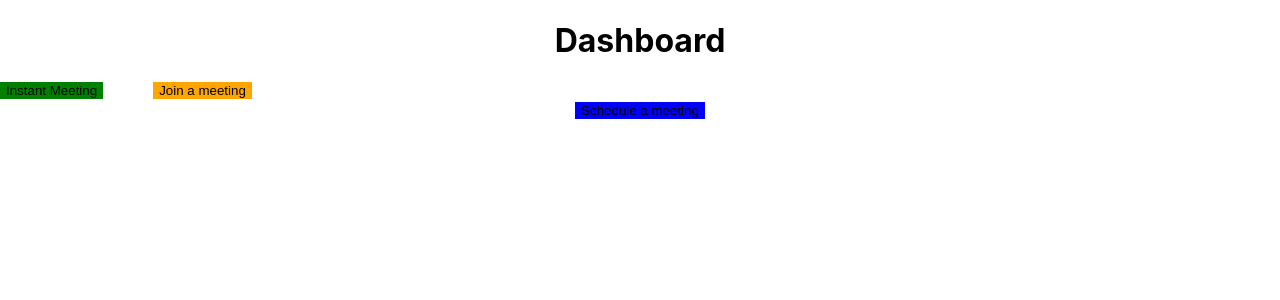
Repository: sreech465/myexam
Page: /
These files come from the project's save history. The page is drawn as it stood at one moment and after the next save; the edit follows.
The browser window is 1280 px wide. The pictures show the whole page.
The project was rebuilt for these pictures with package versions that can differ from the ones it lists, and the page was loaded fresh each time. Also part of the build but not shown: src/Jmeet.js, src/Smeet.js.

Above is the page before, as saved 2023-01-14 16:00:18.

### src/App.js
import logo from "./logo.svg";
import "./App.css";
import Details from "./Details";
import { BrowserRouter } from "react-router-dom";
import { Routes, Route } from "react-router-dom";
import Jmeet from "./Jmeet";
import Smeet from "./Smeet";

function App() {
  return (
    <>
      <div className="App">
        <BrowserRouter>
          <Routes>
            <Route path="/" element={<Details />} />
            <Route path="/jmeet" element={<Jmeet />} />
            <Route path="/smeet" element={<Smeet />} />
          </Routes>
        </BrowserRouter>
      </div>
    </>
  );
}

export default App;

### src/Details.js
import React from "react";

import { useNavigate } from "react-router-dom";

const Details = () => {
  const navigate = useNavigate();

  const handleJoin = () => {
    navigate("/jmeet");
  };

  const handleSchedule = () => {
    navigate("/smeet");
  };

  return (
    <div className="App">
      <h1>Dashboard</h1>
      <div style={{ display: "flex" }}>
        <button
          style={{ backgroundColor: "green", marginRight: 50, border: "none" }}
        >
          Instant Meeting
        </button>
        <button
          style={{ backgroundColor: "orange", border: "none" }}
          onClick={handleJoin}
        >
          Join a meeting
        </button>
      </div>
      <button
        style={{ backgroundColor: "blue", border: "none" }}
        onClick={handleSchedule}
      >
        Schedule a meeting
      </button>
    </div>
  );
};

export default Details;

Loaded but not shown: public/index.html (common file); src/index.js (common file); src/index.css (common file); src/reportWebVitals.js (common file); src/App.css (common file)

After the next save:
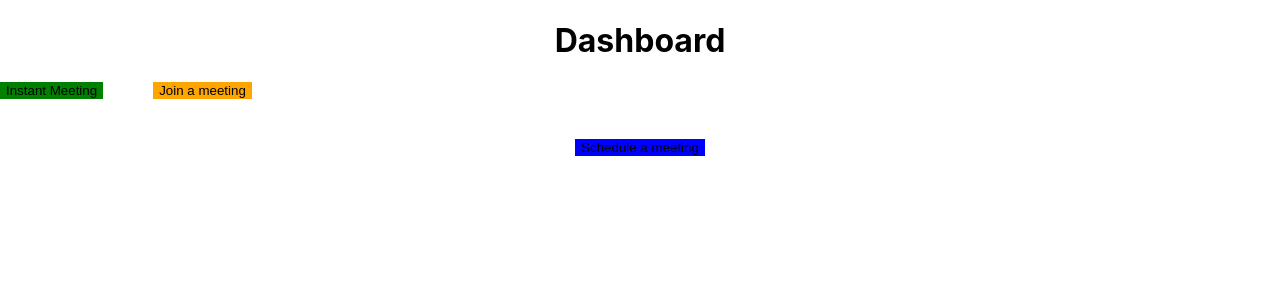
Saved 30 s later.
--- a/src/Details.js
+++ b/src/Details.js
@@ -30,7 +30,7 @@ const Details = () => {
         </button>
       </div>
       <button
-        style={{ backgroundColor: "blue", border: "none" }}
+        style={{ backgroundColor: "blue", border: "none", marginTop: 40 }}
         onClick={handleSchedule}
       >
         Schedule a meeting
